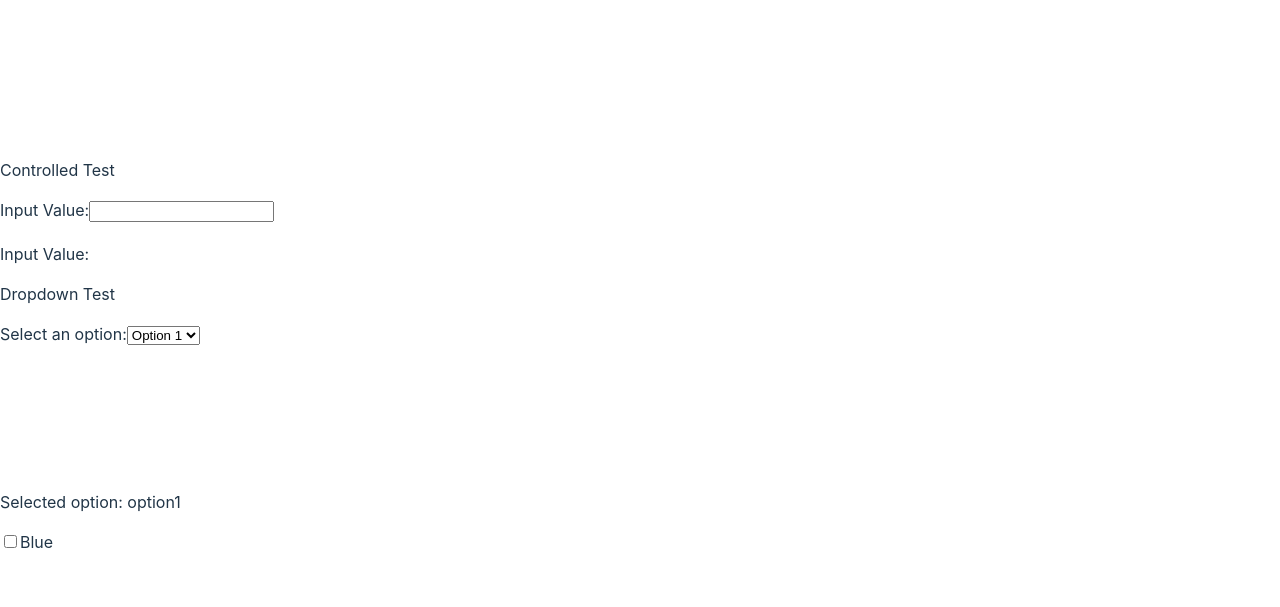
Repository: MariJafari/React-Form
Page: / (app in Desktop/Vite_jsx (3)/Vite_jsx/React Forms/)
The author's editor kept a copy of each file at every save. The page is drawn from the files as they stood at one save, then again after a run of saves.
The browser window is 1280 px wide. The pictures show the whole page.
The project was rebuilt for these pictures with package versions that can differ from the ones it lists, and the page was loaded fresh each time. Also part of the build but not shown: Desktop/Vite_jsx (3)/Vite_jsx/React Forms/vite.config.js.

Above is the page before, as saved 2023-10-28 20:59:29.

After the next 2 saves:
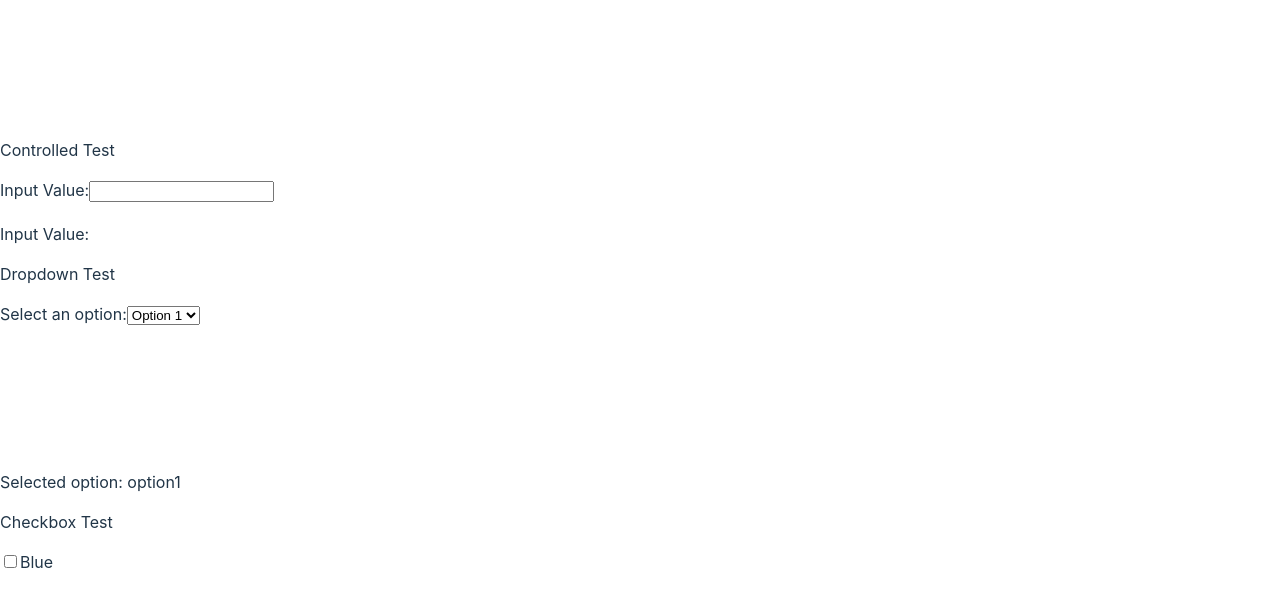
The 2 saves are shown as one change because 1 did not build or start.
The last was saved 14 s later.
--- a/Desktop/Vite_jsx (3)/Vite_jsx/React Forms/src/App.jsx
+++ b/Desktop/Vite_jsx (3)/Vite_jsx/React Forms/src/App.jsx
@@ -20,7 +20,7 @@ const App = () => {
    {<ControlledComponent />}
    <p>Dropdown Test</p>
    {<Dropdown />}
-
+   <p>Checkbox Test</p>
    {<Checkbox /> }
  {/*{<Controlled/>}
 
